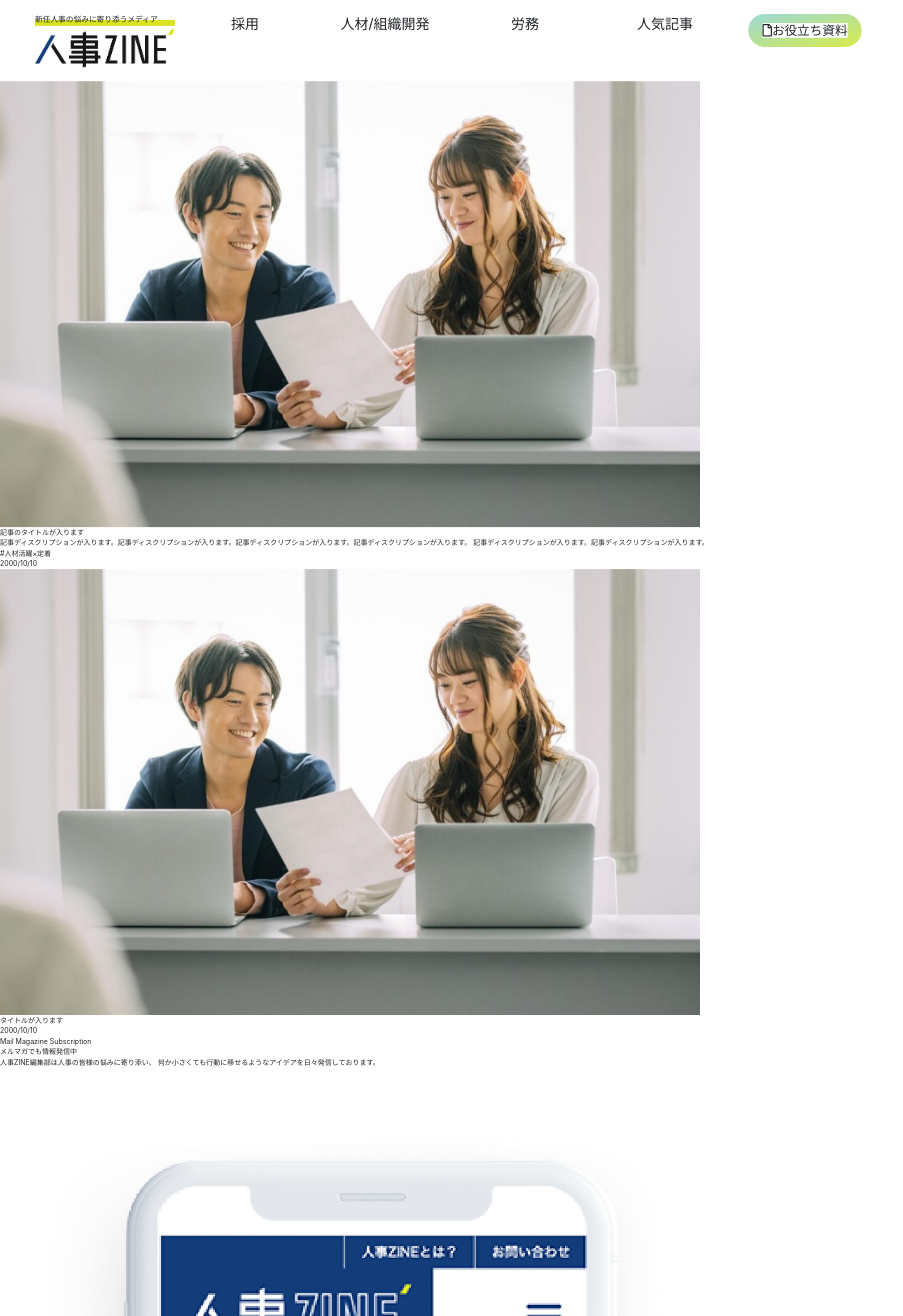
Repository: daisukey623/WpPractice
Page: http://localhost/index.html
An editor plug-in stored every save of this project. The page is shown before and after the next save, followed by the edit.
The browser window is 1280 px wide. The page is 1290 px wide, so the pictures cover 1290 px, including what lies to the right of the window. The pictures show the part of the page from y = 0 to 1880 px (the page is 3071 px tall), at 70% of full size.
Some web libraries are served in a nearby version. The page is run by PHP 8.4 with error messages shown; the project is at /var/www/html/. Style sheets and scripts are compiled from the project's sources, by tool versions that may differ from the author's.

Above is the page before, as saved 2021-09-23 18:57:43.

After the next save:
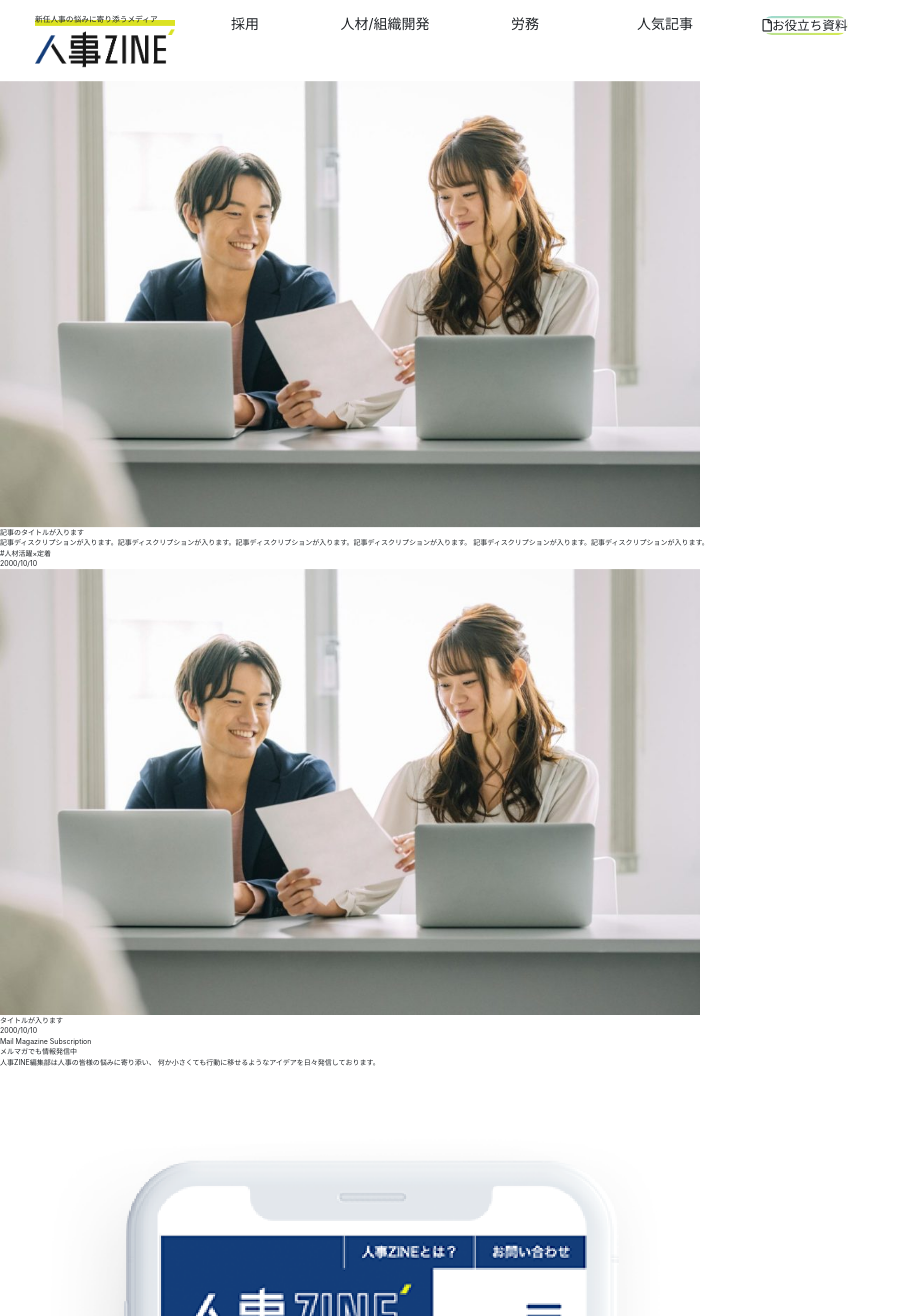
Saved 20 min 56 s later.
--- a/scss/_header.scss
+++ b/scss/_header.scss
@@ -22,11 +22,11 @@
           border-image-slice: 1;
           border-radius: 25px;
           font-size: 18px;
-          padding: 0.5rem;
-          padding-top: 1.0rem;
-          padding-bottom: 1.0rem;
-          padding-left: 2.0rem;
-          padding-right: 2.0rem;
+          // padding: 0.5rem;
+          // padding-top: 1.0rem;
+          // padding-bottom: 1.0rem;
+          // padding-left: 2.0rem;
+          // padding-right: 2.0rem;
           &:hover{
             background-image: linear-gradient(to right bottom, rgb(155, 217, 216), rgb(216, 235, 74));
           }
